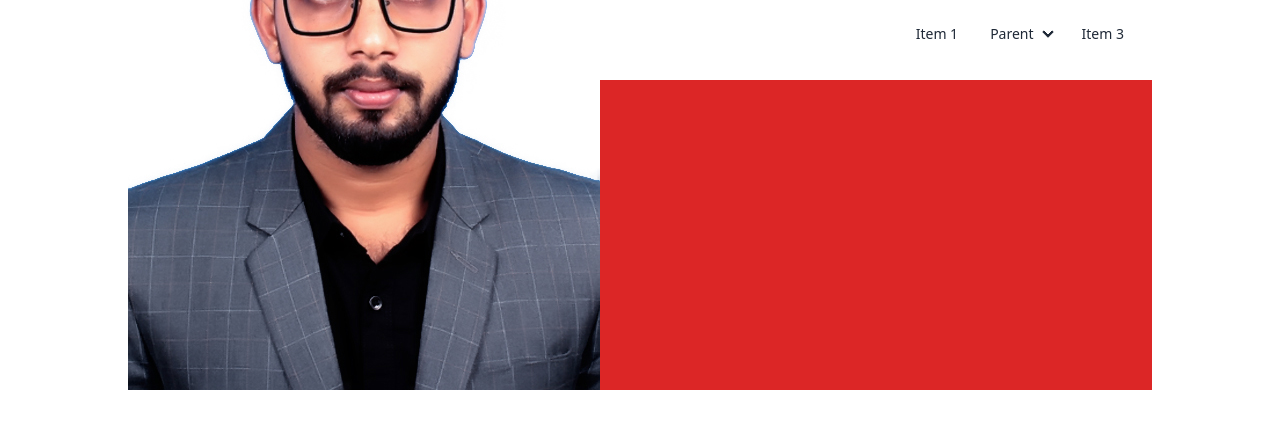
Repository: mdrubel02/portfilo
Page: /
These files come from the project's save history. The page is drawn as it stood at one moment and after the next save; the edit follows.
The browser window is 1280 px wide. The pictures show the whole page.
The project was rebuilt for these pictures with package versions that can differ from the ones it lists, and the page was loaded fresh each time. Also part of the build but not shown: vite.config.js.

Above is the page before, as saved 2023-06-22 20:24:44.

### src/main.jsx
import React from 'react'
import ReactDOM from 'react-dom/client'
import './index.css'
import { RouterProvider } from 'react-router-dom'
import router from './Layout/routes'



ReactDOM.createRoot(document.getElementById('root')).render(
  <React.StrictMode>
    <div className='max-w-screen-lg mx-auto'>
      <RouterProvider router={router} />
    </div>
  </React.StrictMode>,
)

### src/Layout/routes.jsx
import { createBrowserRouter } from "react-router-dom";
import Main from "./Main";
import Home from "../Pages/Home/Home";


const router = createBrowserRouter([
  {
    path: "/",
    element: <Main />,
    children: [
      { path: '/', element: <Home /> },
      { path: '/home', element: <Home /> }
    ]
  }
]);

export default router;

### src/Layout/Main.jsx
import React from 'react';
import Navbar from '../Shared/Navbar/Navbar';
import { Outlet } from 'react-router-dom';

const Main = () => {
    return (
        <div className=''>
            <Navbar />
            <Outlet />
        </div>
    );
};

export default Main;

### src/Pages/Home/Home.jsx
import React from 'react';
import profile from '../../assets/nayeem.jpg'

const Home = () => {
    return (
        <div className='mt-3 '>
            <div className='h-[310px] bg-red-600 relative'>
                <div className=''>
                        <p>Relative parent</p>
                        <div class="absolute bottom-0 left-0 ...">
                            <img src={profile} alt="profile" />
                        </div>

                    <div></div>
                </div>
            </div>
        </div>
    );
};

export default Home;

### src/Shared/Navbar/Navbar.jsx
import React from 'react';

const Navbar = () => {
    return (
        <div className="navbar bg-base-100 ">
            <div className="navbar-start">
            <div className="dropdown ">
                    <label tabIndex={0} className="btn btn-ghost lg:hidden">
                        <svg xmlns="http://www.w3.org/2000/svg" className="h-5 w-5" fill="none" viewBox="0 0 24 24" stroke="currentColor"><path strokeLinecap="round" strokeLinejoin="round" strokeWidth="2" d="M4 6h16M4 12h8m-8 6h16" /></svg>
                    </label>
                    <ul tabIndex={0} className="menu menu-sm dropdown-content mt-3 z-[1] p-2 shadow bg-base-100 rounded-box w-52">
                        <li><a>Item 1</a></li>
                        <li>
                            <a>Parent</a>
                            <ul className="p-2">
                                <li><a>Submenu 1</a></li>
                                <li><a>Submenu 2</a></li>
                            </ul>
                        </li>
                        <li><a>Item 3</a></li>
                    </ul>
                </div>
                <a className="btn btn-ghost normal-case text-xl">Md Ibrahim</a>
            </div>
            <div className="navbar-end hidden lg:flex">
                <ul className="menu menu-horizontal px-1">
                    <li><a>Item 1</a></li>
                    <li tabIndex={0}>
                        <details>
                            <summary>Parent</summary>
                            <ul className="p-2">
                                <li><a>Submenu 1</a></li>
                                <li><a>Submenu 2</a></li>
                            </ul>
                        </details>
                    </li>
                    <li><a>Item 3</a></li>
                </ul>
            </div>


        </div>
    );
};

export default Navbar;

Loaded but not shown: index.html (common file); src/index.css (common file); tailwind.config.js (common file)

After the next save:
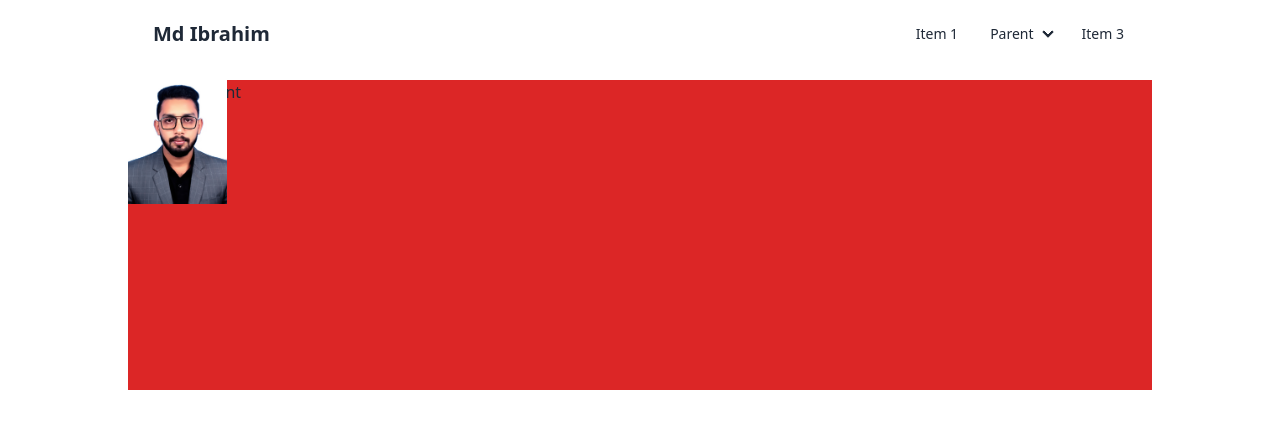
Saved 2 min 7 s later.
--- a/src/Pages/Home/Home.jsx
+++ b/src/Pages/Home/Home.jsx
@@ -7,8 +7,8 @@ const Home = () => {
             <div className='h-[310px] bg-red-600 relative'>
                 <div className=''>
                         <p>Relative parent</p>
-                        <div class="absolute bottom-0 left-0 ...">
-                            <img src={profile} alt="profile" />
+                        <div class="absolute bottom-0 left-0 h-full">
+                            <img className='h-2/5' src={profile} alt="profile" />
                         </div>
 
                     <div></div>
